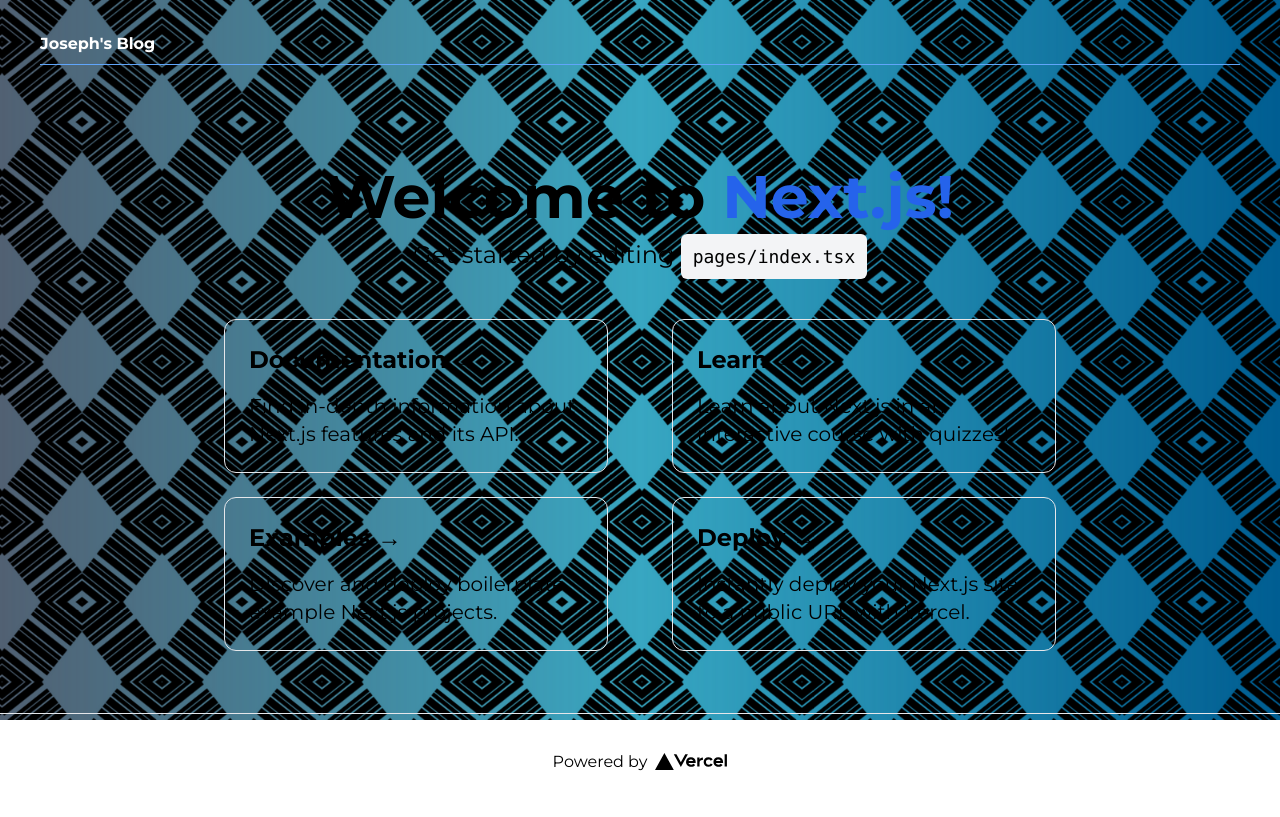
Repository: Josephdiaz99/NextBlogWithGraphCMS
Page: /
An editor plug-in stored every save of this project. The page is shown before and after the next save, followed by the edit.
The browser window is 1280 px wide. The pictures show the whole page.
The page's requests for data from a server got no answer. The project was rebuilt for these pictures with package versions that can differ from the ones it lists, and the page was loaded fresh each time. The framework's server and built-in components were replaced by stand-ins that run in the browser. No one was signed in, and anything a server would have sent is missing. Also part of the build but not shown: next.config.js, components/PostCard.jsx, components/Categories.jsx, components/PostWidget.jsx, components/Comments.jsx, components/CommentsForm.jsx, components/Author.jsx, components/PostDetail.jsx and 2 more.

Above is the page before, as saved 2022-07-04 10:22:33.

### pages/_app.js
import React,{useEffect,useState} from 'react'
import { Layout } from '../components';
import 'tailwindcss/tailwind.css';
import '../styles/globals.scss';


function MyApp({ Component, pageProps }) {
  return (
      <Layout>
        <Component {...pageProps} />
      </Layout>

  );
}

export default MyApp;

### components/index.js
export {default as PostCard} from './PostCard'
export {default as Categories} from './Categories'
export {default as PostWidget} from './PostWidget'
export {default as Header} from './Header'
export {default as Layout} from './Layout'
export {default as Comments} from './Comments'
export {default as CommentsForm} from './CommentsForm'
export {default as Author} from './Author'
export {default as PostDetail} from './PostDetail'
export {default as FeaturedPostCard} from './FeaturedPostCard'
export {default as Loader} from './Loader'

### styles/globals.scss
@tailwind base;
@tailwind components;
@tailwind utilities;

@import url('https://fonts.googleapis.com/css2?family=Montserrat:wght@300;400;700&display=swap');

html,
body {
  padding: 0;
  margin: 0;
  font-family: 'Montserrat', sans-serif;
  &:before{
    content:'';
    content: "";
    width: 100%;
    height: 100vh;
    /* background: linear-gradient(to right bottom, #6d327c, #485DA6, #00a1ba, #01b18e, #32b37b);
    background: #D3D3D3; */
    background-image: url("../public/paper2b10.jpg");
    position: fixed;
    left: 0;
    top: 0;
    z-index: -1;
    background-position: 50% 50%;
    background-repeat: no-repeat;
    background-size: cover;
  }
}

.text-shadow{
  text-shadow: 0px 2px 0px rgb(0 0 0 / 30%);
}

.adjacent-post{
  & .arrow-btn{
    transition: width 300ms ease;
    width: 50px;
  }
  &:hover{
    & .arrow-btn{
      width: 60px;
    }
  }
}

.react-multi-carousel-list {
  & .arrow-btn{
    transition: width 300ms ease;
    width: 50px;
    &:hover{
      width: 60px;
    }
  }

}

a {
  color: inherit;
  text-decoration: none;
}

* {
  box-sizing: border-box;
}

### components/Header.jsx
import Link from 'next/link'
import React, {useState,useEffect} from 'react'
import { getCategories } from '../services'

const Header = () => {

    const [categories, setCategories] = useState([])

     useEffect(() => {
       getCategories()
         .then((newCategories)=>setCategories(newCategories))

     }, [])


  return (
    <div className='container mx-auto px-10 mb-8' >
        <div className='border-b w-full inline-bloc border-blue-400 py-8' >
            <div className='md:float-left block' >
                <Link href='/' >
                    <span className='cursor-pointer font-bold text-1x1 text-white' >
                        Joseph's Blog
                    </span>
                </Link>
            </div>
            <div className='hidden md:float-left md:contents' >
                {categories.map((category)=>(
                    <Link key={category.slug} href={`category/${category.slug}`} >
                        <span className='md:float-right mt-2 align-middle text-white ml-4 font-semibold cursor-pointer ' >
                        {category.name}
                        </span>
                    </Link>
                ))}
            </div>
        </div>
    </div>
  )
}

export default Header

### components/Layout.jsx
import React from 'react'
import Header from './Header'
const Layout = ({children}) => {



  return (
   <>
   <Header/>
   {children}
   </>
  )
}

export default Layout

### services/index.js

import { request, gql } from 'graphql-request';

const graphqlAPI = process.env.NEXT_PUBLIC_GRAPHCMS_ENDPOINT;

export const getPosts = async () => {
  const query = gql`
  query MyQuery {
    postsConnection {
      edges {
        node {
          author {
            bio
            id
            name
            photo {
              url
            }
          }
          createdAt
          slug
          title
          excerpt
          featuredImage {
            url
          }
          categories {
            name
            slug
          }
        }
      }
    }
  }

  `;

  const result = await request(graphqlAPI, query);
  return result.postsConnection.edges;
};

export const getPostDetails = async (slug) => {
  const query = gql`
    query GetPostDetails($slug : String!) {
      post(where: {slug: $slug}) {
        title
        excerpt
        featuredImage {
          url
        }
        author{
          name
          bio
          photo {
            url
          }
        }
        createdAt
        slug
        content {
          raw
        }
        categories {
          name
          slug
        }
      }
    }
  `;

  const result = await request(graphqlAPI, query, { slug });

  return result.post;
};

export const getRecentPosts = async () => {
    const query = gql`
      query GetPostDetails() {
        posts(
          orderBy: createdAt_ASC
          last: 3
        ) {
          title
          featuredImage {
            url
          }
          createdAt
          slug
        }
      }
    `;
    const result = await request(graphqlAPI, query);

    return result.posts;
  };

export const getSimilarPosts = async (categories, slug) => {
    const query = gql`
      query GetPostDetails($slug: String!, $categories: [String!]) {
        posts(
          where: {slug_not: $slug, AND: {categories_some: {slug_in: $categories}}}
          last: 3
        ) {
          title
          featuredImage {
            url
          }
          createdAt
          slug
        }
      }
    `;
    const result = await request(graphqlAPI, query, { slug, categories });

    return result.posts;
  };

export const getCategories=async()=>{

const query=gql`
    query GetCatergories{
      categories{
        name
        slug
      }
    }
`

const result = await request(graphqlAPI, query);

return result.categories;

  }

export const submitComment=async(obj)=>{
  const result= await fetch('/api/comments',{
    method:'POST',
    headers:{
      'Content-Type':'application/json'
    },
    body:JSON.stringify(obj),
  });

  return result.json()
}

export const getComments=async(slug)=>{

  const query=gql`
      query GetComments($slug:String!){
        comments (where:{post: {slug:$slug } } ){
          name
          createdAt
          comment
        }
      }
  `

  const result = await request(graphqlAPI, query, {slug});

  return result.comments;

    }

    export const getFeaturedPosts = async () => {
      const query = gql`
        query GetCategoryPost() {
          posts(where: {featuredPost: true}) {
            author {
              name
              photo {
                url
              }
            }
            featuredImage {
              url
            }
            title
            slug
            createdAt
          }
        }
      `;

      const result = await request(graphqlAPI, query);

      return result.posts;
    };


    export const getCategoryPost = async (slug) => {
      const query = gql`
        query GetCategoryPost($slug: String!) {
          postsConnection(where: {categories_some: {slug: $slug}}) {
            edges {
              cursor
              node {
                author {
                  bio
                  name
                  id
                  photo {
                    url
                  }
                }
                createdAt
                slug
                title
                excerpt
                featuredImage {
                  url
                }
                categories {
                  name
                  slug
                }
              }
            }
          }
        }
      `;

      const result = await request(graphqlAPI, query, { slug });

      return result.postsConnection.edges;
    };

Loaded but not shown: pages/index.tsx (common file); tailwind.config.js (common file)

After the next save:
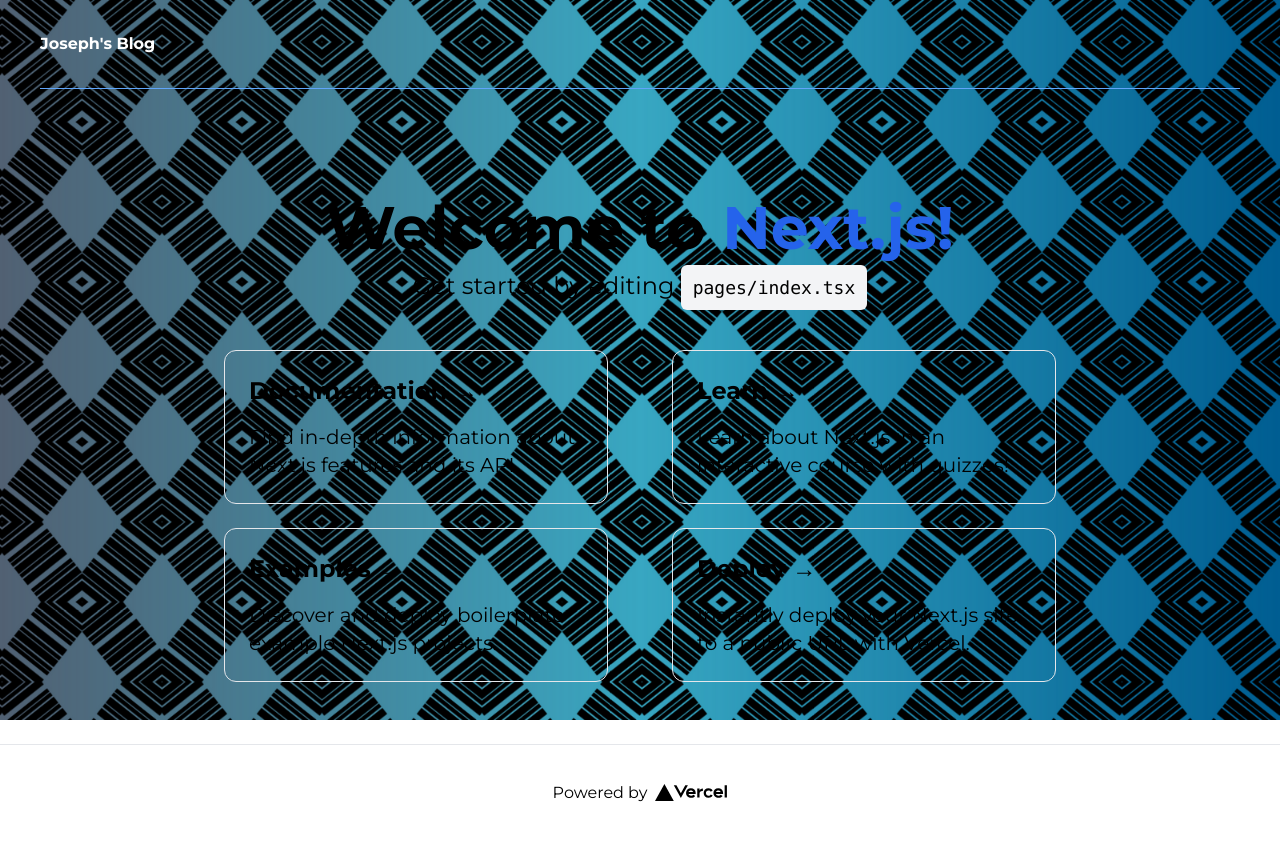
Saved 19 s later.
--- a/components/Header.jsx
+++ b/components/Header.jsx
@@ -15,10 +15,10 @@
 
   return (
     <div className='container mx-auto px-10 mb-8' >
-        <div className='border-b w-full inline-bloc border-blue-400 py-8' >
+        <div className='border-b w-full inline-block border-blue-400 py-8' >
             <div className='md:float-left block' >
                 <Link href='/' >
-                    <span className='cursor-pointer font-bold text-1x1 text-white' >
+                    <span className='cursor-pointer font-bold text-4x1 text-white' >
                         Joseph's Blog
                     </span>
                 </Link>

After the save that followed:
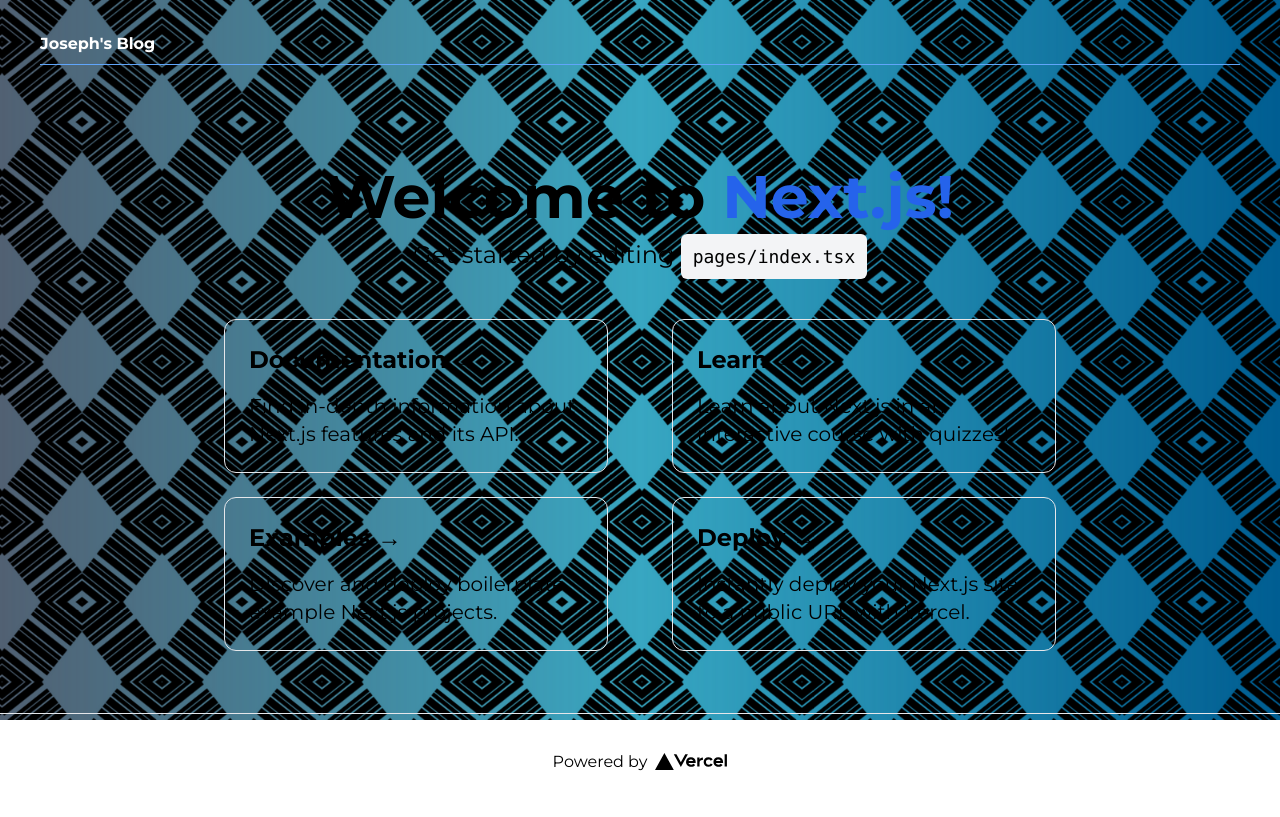
Saved 15 s later.
--- a/components/Header.jsx
+++ b/components/Header.jsx
@@ -15,7 +15,7 @@
 
   return (
     <div className='container mx-auto px-10 mb-8' >
-        <div className='border-b w-full inline-block border-blue-400 py-8' >
+        <div className='border-b w-full inline-bloc border-blue-400 py-8' >
             <div className='md:float-left block' >
                 <Link href='/' >
                     <span className='cursor-pointer font-bold text-4x1 text-white' >
